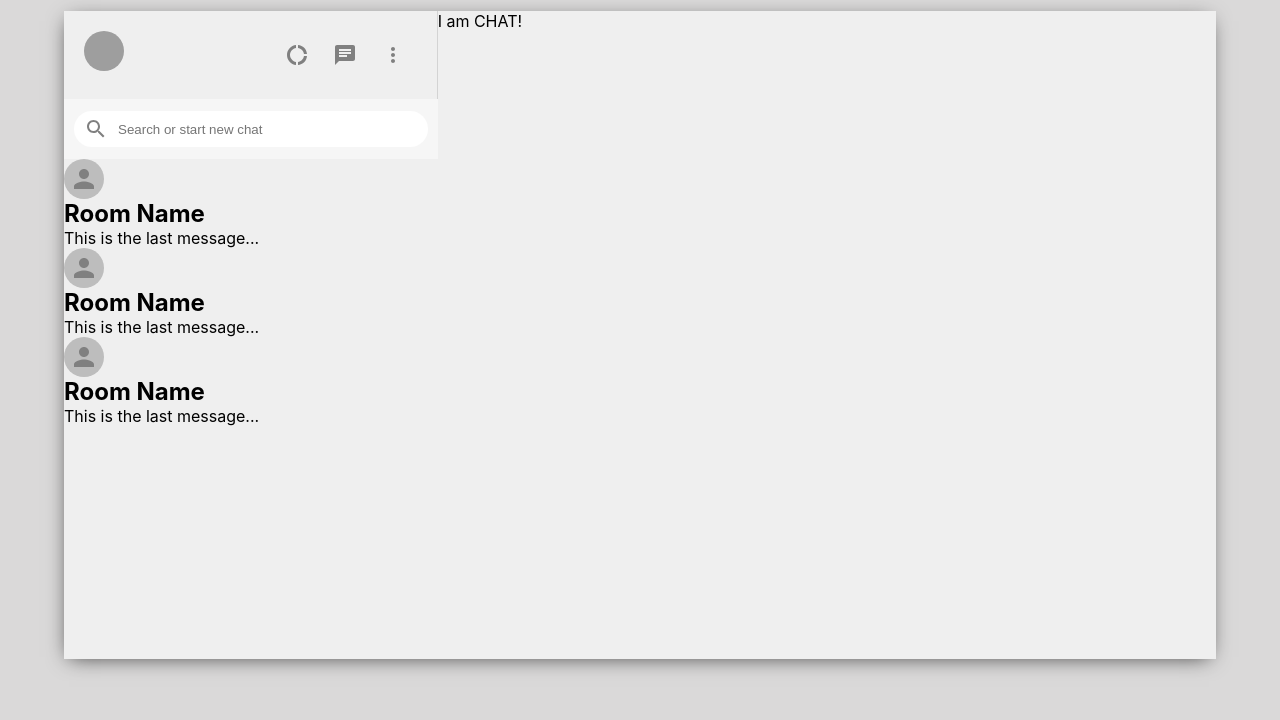
Repository: BogoGit/clone-whatsapp
Page: / (app in whatsapp-front/)
These files come from the project's save history. The page is drawn as it stood at one moment and after the next save; the edit follows.
The browser window is 1280 px wide. The pictures show the whole page.
Pictures or frames that could not be fetched are drawn as grey boxes. The project was rebuilt for these pictures with package versions that can differ from the ones it lists, and the page was loaded fresh each time. Also part of the build but not shown: whatsapp-front/src/Components/SidebarChat.css.

Above is the page before, as saved 2020-11-18 17:18:33.

After the next save:
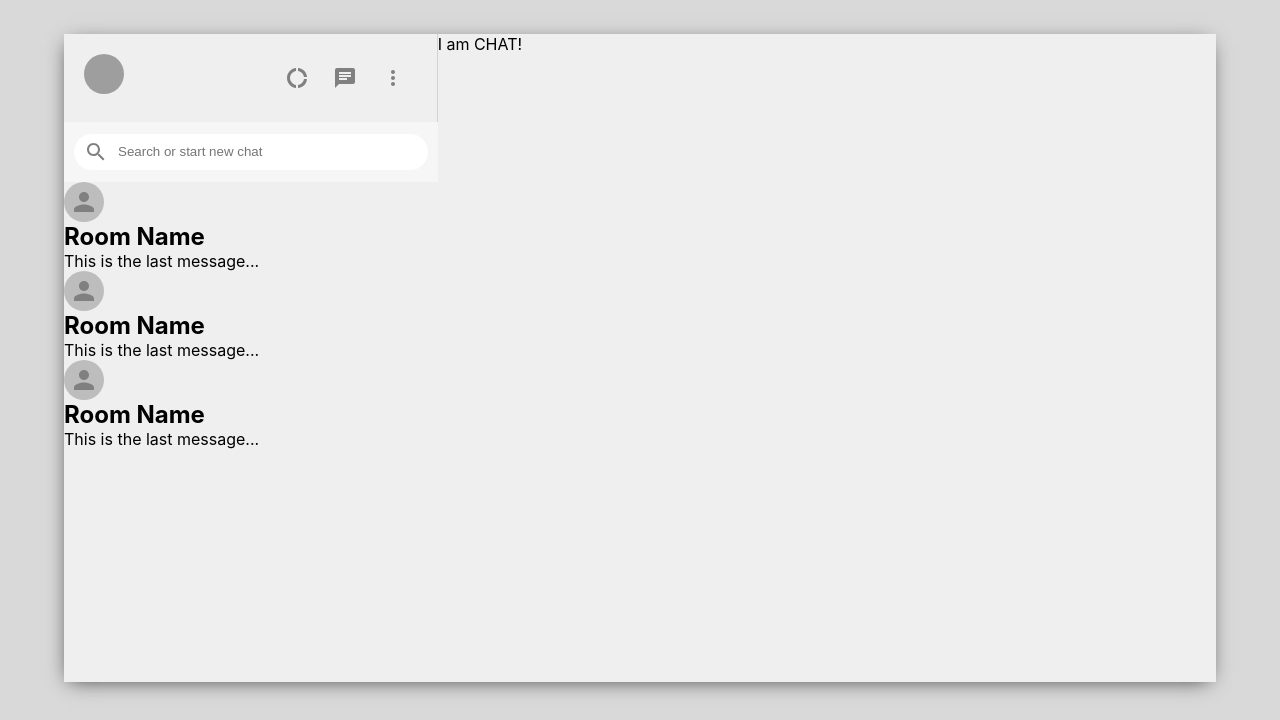
Saved 79 s later.
--- a/whatsapp-front/src/Components/App.css
+++ b/whatsapp-front/src/Components/App.css
@@ -8,7 +8,7 @@
 .app__body {
 	display: flex;
 	background-color: #efefef;
-	margin-top: -5rem;
+	margin-top: -5px;
 	height: 90vh;
 	width: 90vw;
 	box-shadow: -1px 4px 2rem -6px rgba(0, 0, 0, 0.75);
